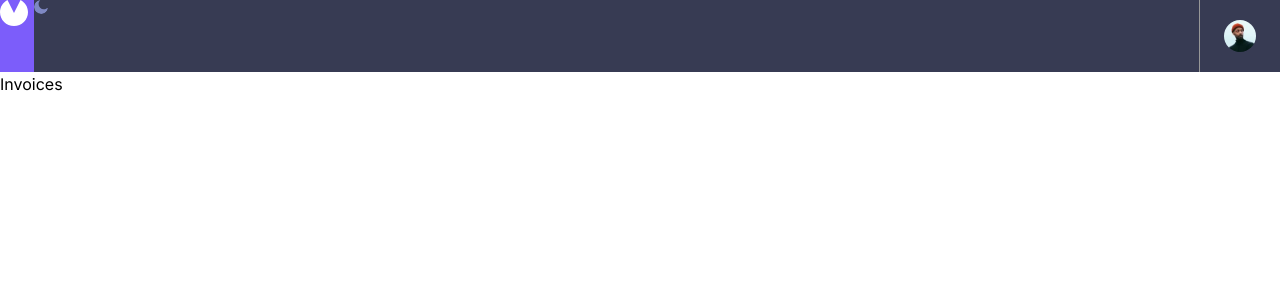
Repository: theoneswhodead/invoice-app
Page: /
An editor plug-in stored every save of this project. The page is shown before and after the next save, followed by the edit.
The browser window is 1280 px wide. The pictures show the whole page.
The project was rebuilt for these pictures with package versions that can differ from the ones it lists, and the page was loaded fresh each time. The framework's server and built-in components were replaced by stand-ins that run in the browser. Also part of the build but not shown: next.config.mjs.

Above is the page before, as saved 2024-08-19 17:49:04.

After the next save:
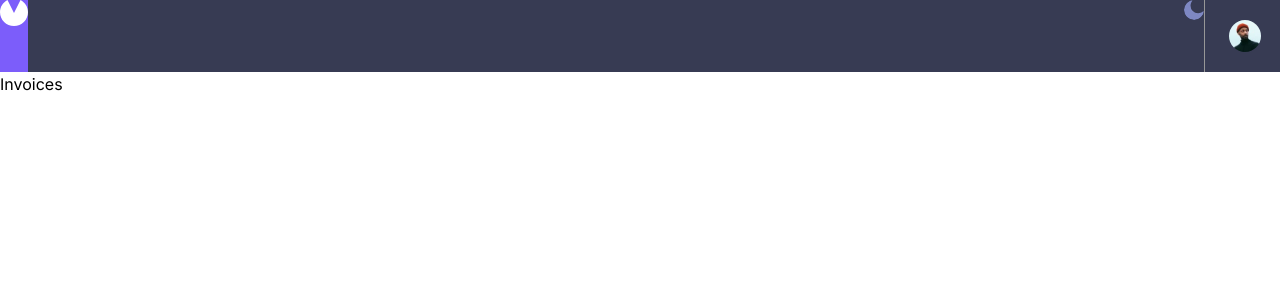
Saved 30 s later.
--- a/app/components/BarMenu.tsx
+++ b/app/components/BarMenu.tsx
@@ -4,8 +4,8 @@ import Image from 'next/image'
 const BarMenu = () => {
   return (
     <nav className='bg-gray h-[4.5rem] flex justify-between'>
-      <div className='flex justify-between'>
-        <div className='bg-purple w-full'>
+      <div className='flex justify-between w-full'>
+        <div className='bg-purple '>
             <Image
                 src="/logo.svg"
                 width={28}
